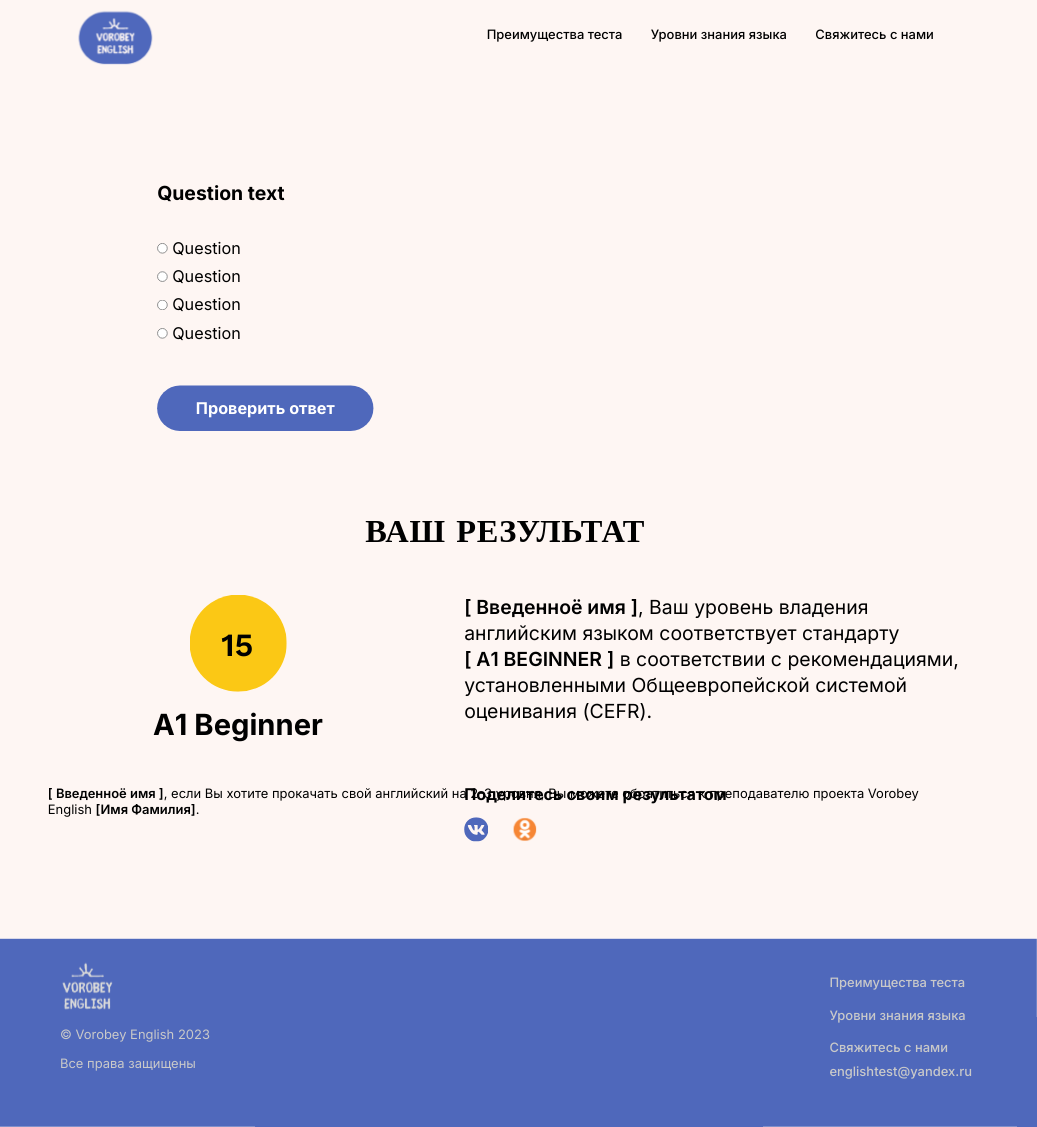
Repository: WladimirVA/PP-01-01_Dandelions
Page: test.html
These files come from the project's save history. The page is drawn as it stood at one moment and after the next save; the edit follows.
The browser window is 1280 px wide. The pictures show the whole page, at 81% of full size.

Above is the page before, as saved 2023-02-14 14:04:57.

### test.html
<!DOCTYPE html>
<html lang="ru">
<head>
    <meta charset="UTF-8">
    <meta http-equiv="X-UA-Compatible" content="IE=edge">
    <meta name="viewport" content="width=device-width, initial-scale=1.0">
    <link href="./static/css/style.css" rel="stylesheet" type="text/css">
    <link href="./static/css/test.css" rel="stylesheet" type="text/css">
    <link href="./static/css/fonts.css" rel="stylesheet" type="text/css">
    <link rel="icon" sizes="16x16" href="./static/img/Иконка _Лого_ (1_1).svg" type="image/x-icon">
    <title>Dandelions</title>
</head>
<body>
    <header class="header" di="HOME">
        <div class="section">
            <div class="section-header">
                <div class="logo">
                    <img src="./static/img/Иконка _Лого_ (1).svg">
                </div>
                <nav>
                    <ul class="header-nav">
                        <li><a class="link" href="./Index.html">Преимущества теста</a></li>
                        <li><a class="link" href="./Index.html">Уровни знания языка</a></li>
                        <li><a class="link" href="#">Свяжитесь с нами</a></li>
                    </ul>
                </nav>
            </div>
        </div>
        <form class="quiz-box" id="quiz" method="post">
            <div class="quiz-header">
                <h2 id="question">Question text</h2>
                <ul>
                    <li>
                        <input type="radio" name="answer" id="a" class="answer" onchange="document.getElementById('submit').disabled = !this.checked;">
                        <label for="a" id="a_text">Question</label>
                    </li>
                    <li>
                        <input type="radio" name="answer" id="b" class="answer" onchange="document.getElementById('submit').disabled = !this.checked;">
                        <label for="b" id="b_text">Question</label>
                    </li>
                    <li>
                        <input type="radio" name="answer" id="c" class="answer" onchange="document.getElementById('submit').disabled = !this.checked;">
                        <label for="c" id="c_text">Question</label>
                    </li>
                    <li>
                        <input type="radio" name="answer" id="d" class="answer" onchange="document.getElementById('submit').disabled = !this.checked;">
                        <label for="d" id="d_text">Question</label>
                    </li>
                </ul>
            </div>
            <div class="button-test">
                <button class="button test_button" id="submit" disabled>Проверить ответ</button>
            </div>
        </form>

        <form class="result">
            <div class="title-result">
                <p>Ваш Результат</p>
            </div>
            <div class="result1">
                <div class="level-2">
                    <div class="level">
                        <img src="./static/img/Ellipse 15.svg" alt="Result">
                        <p>15</p>
                    </div>
                    <div class="lavel-1">
                        <p>А1  Beginner</p>
                    </div>
                </div>
                <div class="">
                        <p class="info-result-p"><span style="font-weight: 600;"> [ Введенноё имя ]</span>, Ваш уровень владения английским языком соответствует стандарту <br><span style="font-weight: 600;">[ А1 BEGINNER ]</span> в соответствии
                        с рекомендациями, установленными Общеевропейской системой оценивания (CEFR).</p>
                    <div class="share">
                        <p>Поделитесь своим результатом</p>
                        <div class="share-img">
                            <img src="./static/img/VK.svg" alt="VK">
                            <img src="./static/img/odnoklassniki 1.svg" alt="odnoklassniki">
                             <!-- <img src="./static/img/instagram3 1.svg" alt="instagram"> -->
                        </div>
                    </div>
                </div>
            </div>
            <div class="appeal">
                <div class="appeal-text">
                    <p><span style="font-weight: 600;">[ Введенноё имя ]</span>, если Вы хотите прокачать свой английский на 2-3 уровня, Вы можете обратиться
                    к преподавателю проекта Vorobey English <span style="font-weight: 600;">[Имя Фамилия]</span>. </p>
                </div>

            </div>
        </form>

    </header>
    <footer class="FOOTER">
        <div class="section">
            <div class="section-footer">
                <div class="footer-logo">
                    <img src="./static/img/Vector (3).svg">
                    <p class="footer-logo-p">© Vorobey English 2023</p>
                    <p class="footer-logo-p2">Все права защищены</p>
                </div>
                <div class="footer-navi">
                    <nav>
                        <ul class="footer-nav">
                            <li><a class="footer-link" href="#HOME">Преимущества теста</a></li>
                            <li><a class="footer-link" href="#HOME">Уровни знания языка</a></li>
                            <li><a class="footer-link" href="#HOME">Свяжитесь с нами</a></li>
                        </ul>
                    </nav>
                    <p><a class="footer-link" href="mailto:englishtest@yandex.ru">englishtest@yandex.ru</a></p>
                </div>

            </div>
        </div>
    </footer>

</body>

</html>

### static/css/style.css
body {
    scroll-behavior: smooth;
    align-items: center;
    width: 100%;
    max-width: 1366px;
    margin: auto;
    font-family: 'Inter', 'Work Sans', "NunitoSans-Light", Arial, Helvetica, sans-serif;
}

.section {
    margin: 0 auto;
    max-width: 1366px;
}

* {
    margin: 0;
    padding: 0;
}
.header {
    margin-left: 59px;
    margin-right: 92px;
}
.section-header {
    justify-content: space-between;
    height: 83px;
    width: 100%;
    display: flex;
    align-items: center;
}
.logo {
    width: 84px;
    height: auto;
}
.header-nav {
    display: flex;
    list-style-type: none;
}
.link {
    text-decoration: none;
    /* cursor: pointer; */
    font-family: 'Inter';
    font-weight: 500;
    font-size: 16px;
    line-height: 19px;
    color: #000000;
}
.header-nav li {
    margin-right: 35px;
}

.HOME {
    margin-top: 64px;
    margin-left: 93px;
    margin-right: 92px;
    background-color: #FEF6F3;
}
.section-home {
    align-items: center;
    display: flex;
    justify-content: space-between;
    margin-top: -90px;
}


.title {
    font-family: 'Work Sans';
    font-style: normal;
    font-weight: 600;
    font-size: 40px;
    line-height: 48px;
    display: flex;
    align-items: center;
    letter-spacing: 0.02em;
    text-transform: uppercase;
}
.home_p {
    font-family: 'Work Sans';
    font-style: normal;
    font-weight: 400;
    font-size: 20px;
    line-height: 24px;
    margin-top: 43px;
}

.home_ul {
    margin-top: 35px;
}
.home_li {
    list-style-type: none;
    margin-top: 12px;
    font-family: 'Inter';
    font-style: normal;
    font-weight: 400;
    font-size: 16px;
    line-height: 20px;
}

.check {
    margin-bottom: -7px;
    margin-right: 16px;
}

.buttonsHome {
    margin-top: 68px;
}
.button_home {
    background: #FBC815;
    border-radius: 50px;
    width: 267px;
    height: 56px;
    font-family: 'Inter';
    font-style: normal;
    font-weight: 700;
    font-size: 20px;
    line-height: 24px;
    border: 0;
    cursor: pointer;
}

.button_home:hover {
    background-color: #BC9F3B;
}

.button_home:active {
    background-color: #FDE07D;
}

.image-home {
    max-width: 747px;
    max-height: 496px;
}

.title_2 {
    display: block;
    margin-top: 100px;
    padding-top: 68px;
    text-transform: none;
    font-family: 'Work Sans';
    font-style: normal;
    font-weight: 800;
    font-size: 36px;
    line-height: 48px;
    align-items: center;
    text-align: center;
}

.WHY-TEST {
    background-color: #FDE4D3;
    Height: 616px;
}

.section-home-2 {
    align-items: center;
    display: flex;
    justify-content: space-around;
    margin-top: 20px;
}

.home-text {
    width: 490px;
}

.p-text {
    margin-top: 32px;
}

.ADVAN_TEST {
    background: #4F68BB;
    color: white;
    height: 712px;
    padding-top: 63px;
    /* margin-top: 120px; */
}

.content_img {
    margin-top: -215px;
    text-align: end;
    margin-right: 50px;
}

.rot-sheet {
    margin: 0 -34px 90px 0px;
}

.rot-sheet-1 {
    margin: 0 -35px 90px 0px;
}

.rot-img1 {
    width: 117px;
    margin-top: 11px;
    margin-right: -20px;
}

.rot-img2 {
    width: 65px;
    margin-bottom: -35px;
}

.rot-img3 {
    width: 78px;
    margin-bottom: 20px;
    margin-left: -20px;
}

img.rot {
    animation: 1s linear 0s normal none infinite running rot;
    -webkit-animation: 4s linear 0s normal none infinite running rot;
    /* width: 100px; */
  }
  @keyframes rot {
    0% {
      transform: rotate(0deg);
    }
    100% {
      transform: rotate(360deg);
    }
  }
  @-webkit-keyframes rot {
    0% {
      transform: rotate(0deg);
    }
    100% {
      transform: rotate(360deg);
    }
  }

  img.rot1 {
    animation: 1s linear 0s normal none infinite running rot1;
    -webkit-animation: 4s linear 0s normal none infinite running rot1;
    /* width: 100px; */
  }
  @keyframes rot1 {
    0% {
      transform: rotate(360deg);
    }
    100% {
      transform: rotate(0deg);
    }
  }
  @-webkit-keyframes rot1 {
    0% {
      transform: rotate(0deg);
    }
    100% {
      transform: rotate(360deg);
    }
  }


.content-ADVAN_TEST {
    display: flex;
    justify-content: space-evenly;
    margin-top: 75px;
}

.test-info {
   width: 300px;
}



.title_3 {
    display: block;
    text-transform: none;
    font-family: 'Work Sans';
    font-style: normal;
    font-weight: 800;
    font-size: 36px;
    line-height: 48px;
    align-items: center;
    text-align: center;
}

.advan-test {
    margin: 30px 0 30px 0;
    font-style: normal;
    font-weight: 700;
    font-size: 24px;
    line-height: 32px;
}

.advan-test-p {
    font-style: normal;
    font-weight: 400;
    font-size: 18px;
    line-height: 24px;
}

.advan-test-p-2 {
    margin: 65px 0 0 115px;
    max-width: 1117px;
}

.container {
    display: grid;
    grid-template-columns: repeat(3, 295px);
    justify-items: stretch;
    justify-content: space-around;;
    grid-template-rows: 100px 100px 100px;
    row-gap:  280px;
    margin-top: -30px;
}

.text_test img {
    margin-left: 700px;
}

.container-box h3 {
    font-style: normal;
    font-weight: 700;
    font-size: 32px;
    line-height: 36px;
}

.container-box-p {
    font-style: normal;
    font-weight: 700;
    font-size: 24px;
    line-height: 32px;
    margin: 60px 0 15px 0;
}

.container-box-p2 {
    font-style: normal;
    font-weight: 400;
    font-size: 16px;
    line-height: 24px;
}

.LANGUAGE_LEVELS {
    background-color:  #FEF6F3;
}

.content {
    padding-top: 66px;
}

.container-box {
    position: relative;
}

.box-1 h3 {
    position: absolute;
}

.cloud {
    margin: -11px 0 0 -80px;
    position: absolute;
}

.ball {
    display: block;
    position: inherit;
    margin-left:195px;
    margin-top: 30px;
}

.ball-2 {
    margin-left: 180px;
}

.ball-3 {
    display: block;
    margin-left: 335px;
    margin-top: -199px;
}

.button {
    text-align: center;
    background: #F03F5A;
    cursor: pointer;
    border-radius: 30px;
    border: 0;
}

.TEST {
    background-color: #FBCDA6;
    height: 352px;
}

.test_button {
    margin-top: 30px;
    width: 267px;
    height: 56px;
    font-family: 'Inter';
    font-style: normal;
    font-weight: 700;
    font-size: 20px;
    line-height: 24px;
}

.test_button:hover {
    background-color: #B45060;
}

.test_button:active {
    background-color: #F893A3;
}

.test-now {
    display: flex;
    justify-content: space-between;
    margin-left: 89px;
}

.test-now-text {
    text-align: center;
    margin-top: 15px;
}

.test-now-img {
    margin-top: -159px;
}

.FOOTER {
    background: #4F68BB;
    height: 232px;
    color: #C9C9C9;
}

.footer-logo-p {
    margin-top: -65px;
    margin-left: 74px;
}

.footer-logo-p2 {
    margin-top: 16px;
    margin-left: 74px;
}


.section-footer {
    display: flex;
    justify-content: space-between;
    align-items: center;
    max-width: 1200px;
}

.footer-logo {
    margin-top: -37px;
}

.footer-logo img {
    margin-top: -20px;
}

.footer-navi {
    margin-top: 34px;
}

.footer-nav {
    display: grid;
    list-style-type: none;
    line-height: 2.5;
}

.footer-link {
    text-decoration: none;
    font-family: 'Inter';
    font-weight: 500;
    font-size: 16px;
    line-height: 19px;
    color: #C9C9C9;
    list-style-type: none;
}

### static/css/test.css
body {
    max-width: 1366px;
    max-height: 825px;
    background-color: #FEF6F3;
}

.header {

}

.quiz-box {
    margin: 146px 0 0 135px
}

.quiz-header ul {
    line-height: 24px;
    width: 214px;
    font-family: 'Inter';
    font-style: normal;
    font-weight: 400;
    font-size: 20px;
    line-height: 35px;
    list-style-type: none;
}

.quiz-header {
    font-family: 'Inter';
    font-style: normal;
    font-weight: 400;
    font-size: 16px;
    line-height: 20px;
}

.quiz-header h2 {
    margin-bottom: 40px;
}

.button-test {
    margin: 17px 0 47px 0;

}

.test_button {
    background: #4F68BB;
    color:#FFFFFF;
    cursor: pointer;
}

#submit:hover {
    background-color: #1A307A;
}

#submit:active {
    background-color: #97A7DD;
}

.result {
    margin: 100px 0 150px 0;
}

.title-result {
    text-align: center;
    align-items: center;
    text-align: center;
    letter-spacing: 0.02em;
    text-transform: uppercase;
    color: #000000;
    font-family: 'Work Sans';
    font-style: normal;
    font-weight: 600;
    font-size: 40px;
    line-height: 48px;
    margin-bottom: 54px;
}

.result1 {
    display: flex;
    justify-content: space-between;
}

.info-result-p {
    width: 615px;
    height: 235px;
    font-family: 'Inter';
    font-style: normal;
    font-size: 24px;
    line-height: 32px;
    }

.level {
    margin-left: 45px;
}

.level p {
    margin: -85px 0 0 39px;
    font-family: 'Work Sans';
    font-style: normal;
    font-weight: 600;
    font-size: 40px;
    line-height: 48px;
}

.level-2 {
    margin-left: 130px;
}

.lavel-1 {
    margin-top: 50px;
    font-style: normal;
    font-weight: 700;
    font-size: 36px;
    line-height: 48px;
    }

.share {
    position: absolute;
}

.share p {
    font-family: 'Inter';
    font-style: normal;
    font-weight: 700;
    font-size: 20px;
    line-height: 24px;
}

.share-img {
    display: flex;
}

.share-img img {
    margin: 16px 30px 0 0;
}

### static/css/fonts.css
@import url('https://fonts.googleapis.com/css2?family=Work+Sans:ital,wght@0,600;0,800;1,800&display=swap');


@import url('https://fonts.googleapis.com/css2?family=Inter:wght@400;500;600;700;800&family=Work+Sans:ital,wght@0,600;0,800;1,800&display=swap');

After the next save:
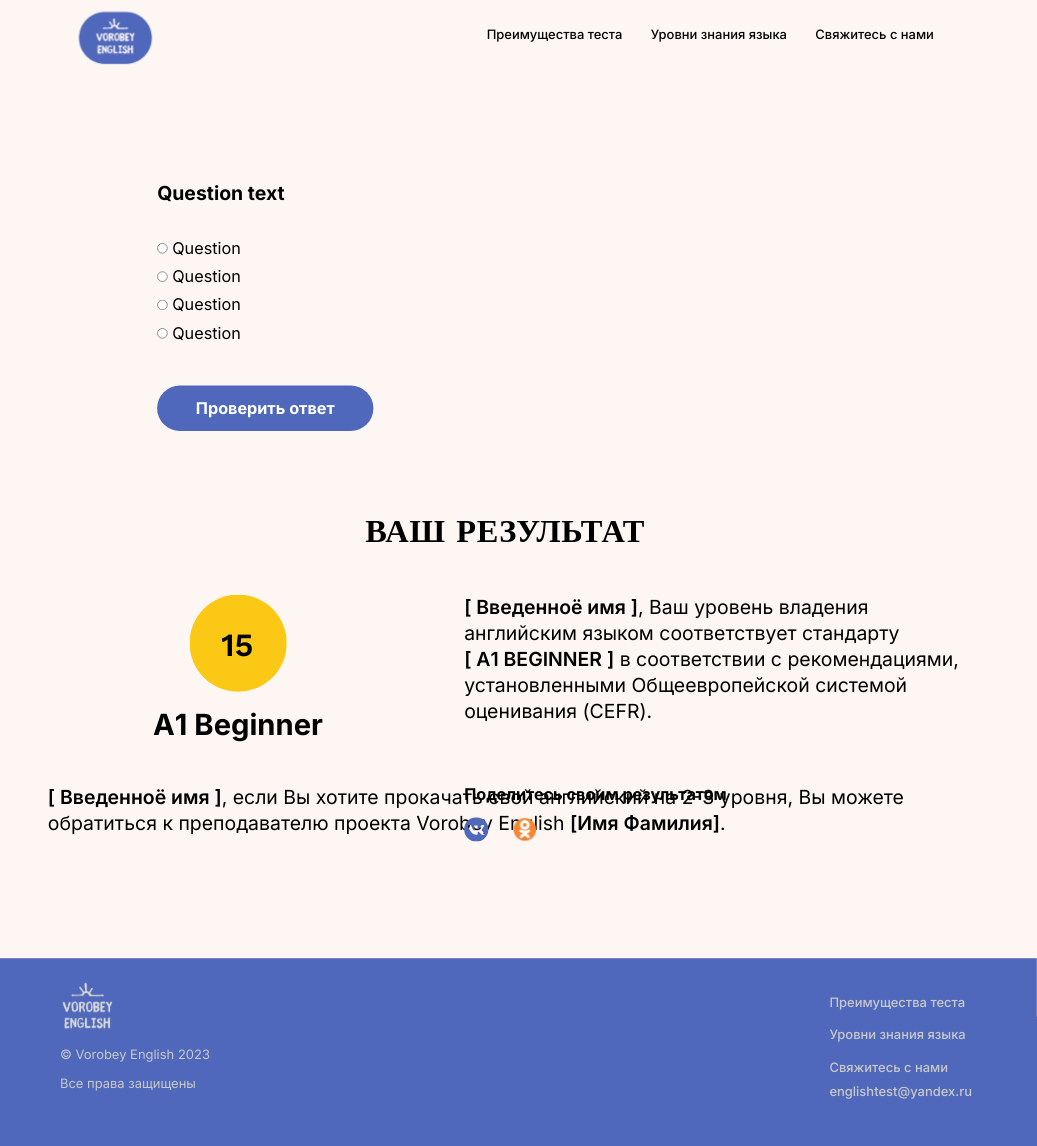
Saved 54 s later.
--- a/static/css/test.css
+++ b/static/css/test.css
@@ -131,3 +131,10 @@ body {
 .share-img img {
     margin: 16px 30px 0 0;
 }
+
+.appeal-text {
+    font-family: 'Inter';
+    font-style: normal;
+    font-size: 24px;
+    line-height: 32px;
+}
